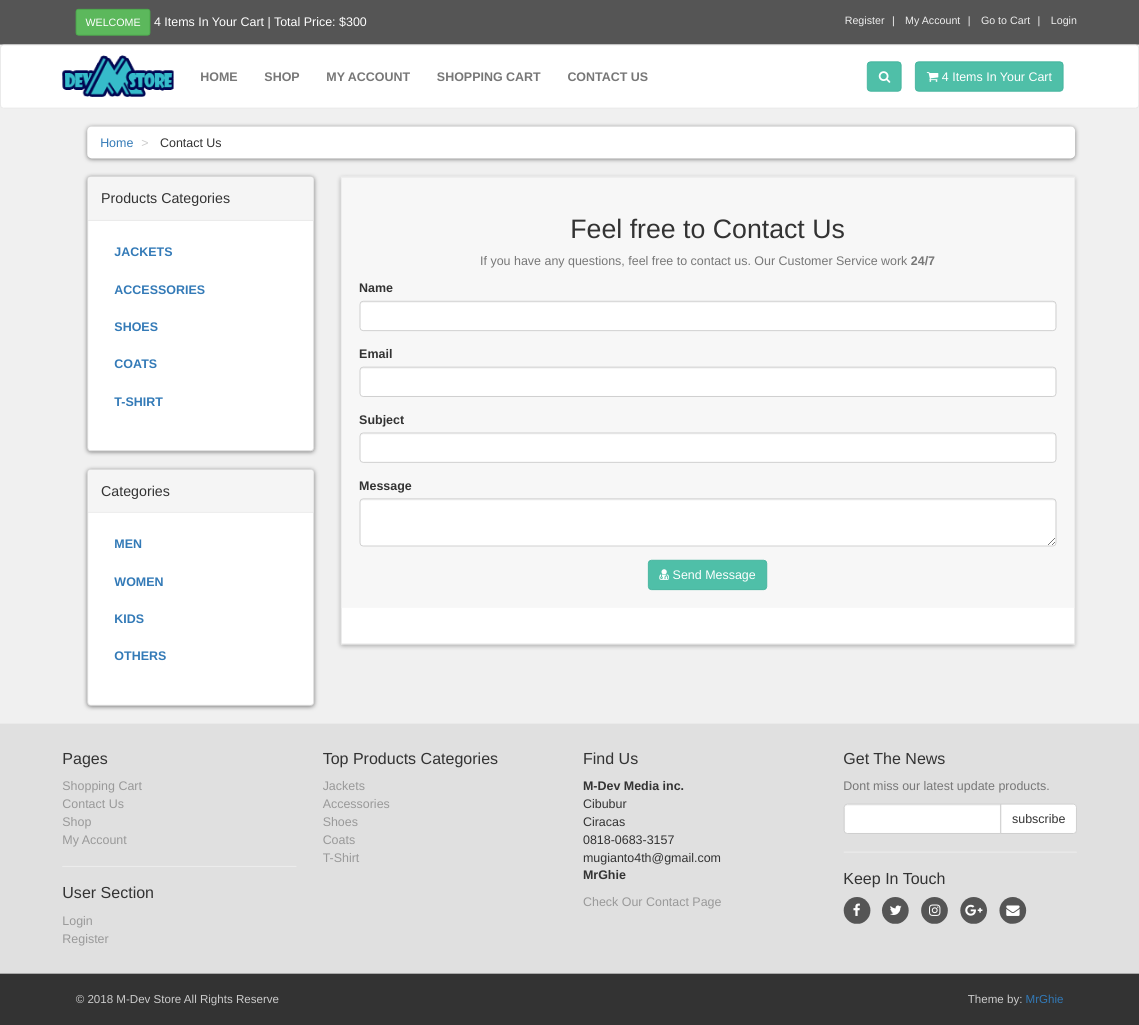
Repository: truonghuynhquy/M_Dev_Store
Page: http://localhost/contact.php
These files come from the project's save history. The page is drawn as it stood at one moment and after the next save; the edit follows.
The browser window is 1280 px wide. The pictures show the whole page, at 89% of full size.
The page is run by PHP 8.4 with error messages shown; the project is at /var/www/html/. The database holds what the project's SQL file puts in it.

Above is the page before, as saved 2022-11-16 16:22:16.

After the next save:
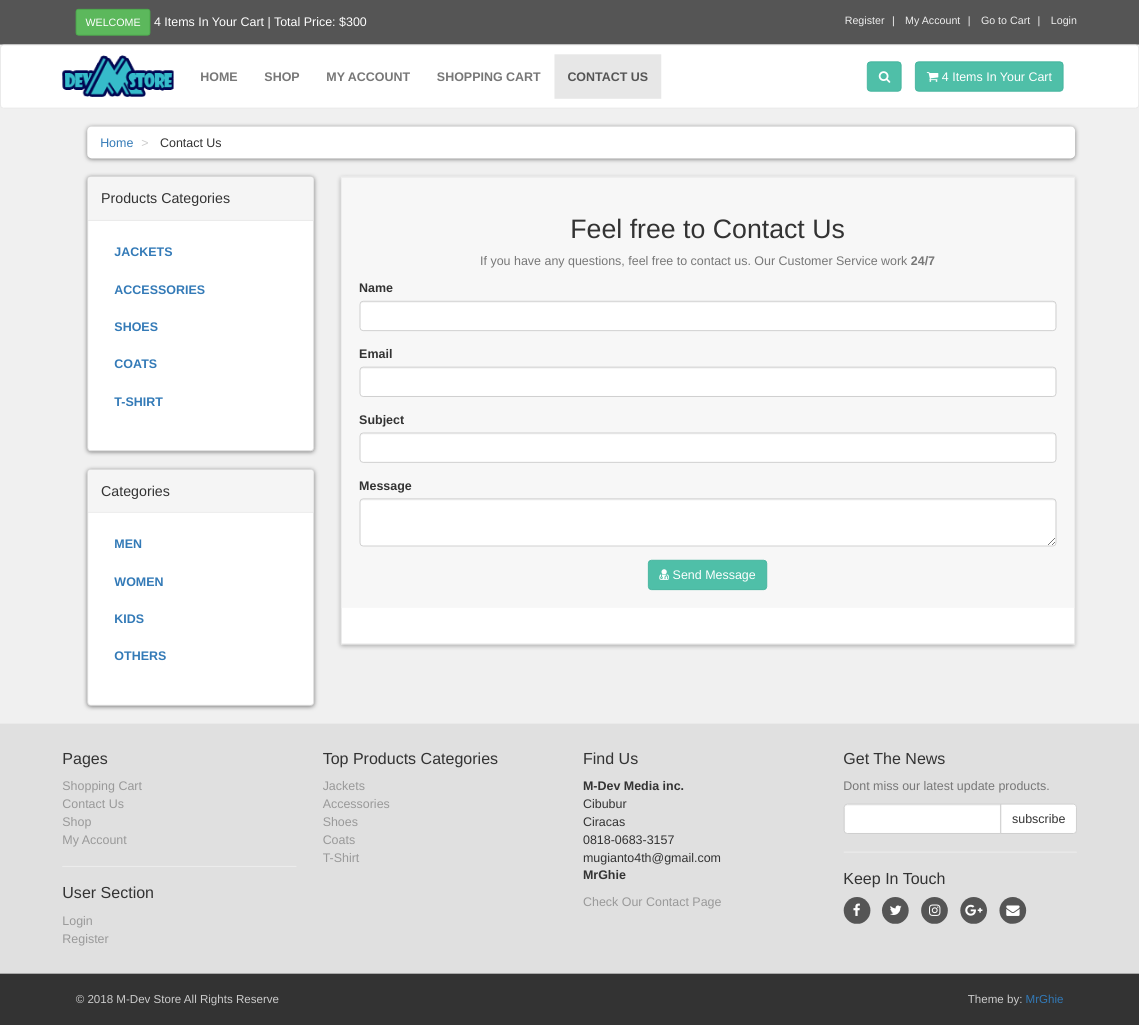
Saved 12 s later.
--- a/contact.php
+++ b/contact.php
@@ -1,5 +1,6 @@
 <?php
 
+    $active='Contact';
     include("includes/header.php");
 
 ?>
